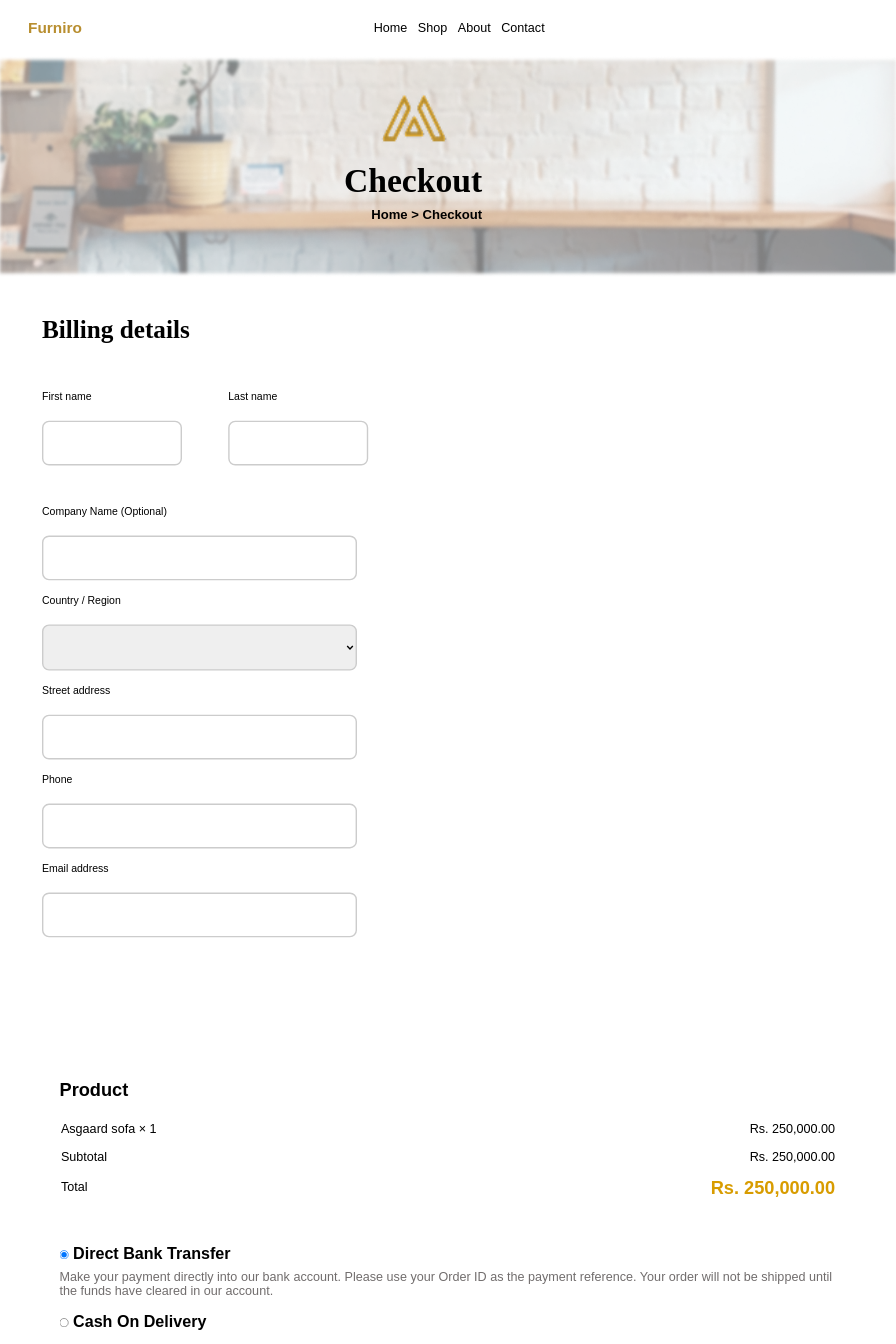
Repository: Ali1Kh/Furniro-ITI
Page: pages/checkout.html
An editor plug-in stored every save of this project. The page is shown before and after the next save, followed by the edit.
The browser window is 1280 px wide. The pictures show the part of the page from y = 0 to 1920 px (the page is 2752 px tall before and 2660 px after), at 70% of full size.

Above is the page before, as saved 2025-07-19 20:51:53.

### pages/checkout.html
<!DOCTYPE html>
<html lang="en">

<head>
  <meta charset="UTF-8">
  <meta name="viewport" content="width=device-width, initial-scale=1.0">
  <title>CheckOut</title>
  <link rel="shortcut icon" href="../assets/icons/Logo.png" type="image/x-icon">
  <link rel="stylesheet" href="../styles/index.css">
  <link rel="stylesheet" href="../styles/checkout.css">
</head>

<body>

  <nav>
    <!-- Navigation -->
    <div class="navBar">
      <div class="text">
        <p>Furniro</p>
      </div>

      <div class="menu-icon" onclick="toggleSidebar()">☰</div>

      <div class="navBarLinks">
        <ul>
          <li><a href="/pages/home.html">Home</a></li>
          <li><a href="/pages/shop.html">Shop</a></li>
          <li><a href="/">About</a></li>
          <li><a href="/pages/contact.html">Contact</a></li>
        </ul>
      </div>

     <div class="navBarIcons">
        <a href="/pages/Compare.html"><i class="fa-solid fa-user"></i></a>
        <a href="/pages/shop.html"><i class="fa-solid fa-magnifying-glass"></i></a>
        <a href="/"><i class="fa-solid fa-heart"></i></a>
        <a href="/pages/checkout.html"><i class="fa-solid fa-cart-plus"></i></a>
      </div>
    </div>


    <!-- Sidebar for mobile -->
    <div class="sidebar" id="sidebar">
      <a href="" onclick="toggleSidebar()">✖</a>
      <a href="">Home</a>
      <a href="/pages/shop.html">Shop</a>
      <a href="/">About</a>
      <a href="/pages/contact.html">Contact</a>
    </div>
  </nav>

  <main class="checkout">
    <div id="home">
      <div class="img-conteaner">
        <img src="../assets/img/Rectangle 1.png" alt="">

        <div class="text-conteaner">
          <img src="../assets/icons/Logo.png" alt="" style="width: 100px;height: 77px;margin-top: -80px; left: 1px; ">
          <h2 style="font-size: 48px; font-family: Poppins; top: 20px;">Checkout</h2>
          <h3 style="top: 30px;left: -11px; "><span style="width: 48;height: 24;top: 295px;left: 660px; ">Home ></span>
            Checkout</h3>
        </div>
      </div>
    </div>

    <div id="content">
      <div class="form">
        <h1 style="font-family: Poppins;font-weight: 600;font-style: SemiBold;font-size: 36px;">Billing details</h1>
        <br><br>
        <form>
          <div class="input" style="width: 200px;">
            <label>First name</label><br>
            <input type="text" name="firatname" id="firatname">
          </div>

          <div class="input" style="width: 200px; position: relative;bottom: 127px;left: 266px;">
            <label>Last name</label><br>
            <input type="text" name="lastname" id="lastname">
          </div>

          <div class="input" style="position: relative; bottom: 90px; width: 450px;">
            <label>Company Name (Optional)</label><br>
            <input type="text" name="Companyname(Optional)" id="Companyname(Optional)">
          </div>

          <div class="input" style="position: relative; bottom: 90px; width: 450px;">
            <label>Country / Region</label><br>
            <select>
              <option></option>
              <option>UK</option>
              <option>Argantina</option>
              <option>Brasil</option>
              <option>Egypt</option>
              <option>USA</option>
            </select>
          </div>

          <div class="input" style="position: relative; bottom: 90px; width: 450px;">
            <label>Street address</label><br>
            <input type="text" name="Streetaddress" id="Streetaddress">
          </div>

          <div class="input" style="position: relative; bottom: 90px; width: 450px;">
            <label>Phone</label><br>
            <input type="number" name="Phone" id="Phone">
          </div>

          <div class="input" style="position: relative; bottom: 90px; width: 450px;">
            <label>Email address</label><br>
            <input type="email" name="Emailaddress" id="Emailaddress">
          </div><br><br>

        </form>
      </div>
      <div class="table">
        <div class="order-summary">
          <h2>Product</h2>
          <table>
            <tr>
              <td>Asgaard sofa × 1</td>
              <td style="text-align: right;">Rs. 250,000.00</td>
            </tr>
            <tr>
              <td>Subtotal</td>
              <td style="text-align: right;">Rs. 250,000.00</td>
            </tr>
            <tr>
              <td>Total</td>
              <td style="text-align: right;" class="total">Rs. 250,000.00</td>
            </tr>
          </table><br><br>

          <div class="payment-methods">
            <label><input type="radio" name="payment" checked> Direct Bank Transfer</label>
            <p>
              Make your payment directly into our bank account. Please use your Order ID as the payment reference. Your
              order will not be shipped until the funds have cleared in our account.
            </p>

            <label><input type="radio" name="payment"> Cash On Delivery</label>
          </div>

          <div class="privacy">
            Your personal data will be used to support your experience throughout this website, to manage access to your
            account, and for other purposes described in our <a href="#">privacy policy</a>.
          </div>

          <button class="btn">Place order</button>
        </div>
      </div>
    </div>

    <div id="quality">
      <div class="1"
        style="display: flex; gap: 1.5rem; padding-top: 80px; padding-bottom: 80px;width: 25%;padding-left: 50px;">
        <div class="l"><img src="../assets/icons/Group copy.png" alt=""></div>
        <div class="r">
          <h2>High Quality</h2>
          <p>crafted from top materials</p>
        </div>

      </div>
      <div class="2" style="display: flex; gap: 1.5rem; padding-top: 80px; padding-bottom: 80px;width: 25%;">
        <div class="l"><img src="../assets/icons/Group (2).png" alt=""></div>
        <div class="r">
          <h2>Warranty Protection</h2>
          <p>Over 2 years</p>
        </div>

      </div>
      <div class="3" style="display: flex; gap: 1.5rem; padding-top: 80px; padding-bottom: 80px;width: 25%;">
        <div class="l"><img src="../assets/icons/Vector (2).png" alt=""></div>
        <div class="r">
          <h2>Free Shipping</h2>
          <p>Order over 150 $</p>
        </div>

      </div>
      <div class="4" style="display: flex; gap: 1.5rem; padding-top: 80px; padding-bottom: 80px;width: 25%;">
        <div class="l"><img src="../assets/icons/customer-support.png" alt=""></div>
        <div class="r">
          <h2>24 / 7 Support</h2>
          <p>Dedicated support</p>
        </div>

      </div>

    </div>
  </main>

  <footer class="footer">
    <div class="footer-container">
      <div class="footer-sec">
        <h2 class="logo">Funiro.</h2>
        <p style="padding-top: 20px;">400 University Drive Suite 200 Coral Gables,<br>FL 33134 USA</p>
      </div>

      <div class="footer-sec">
        <h4>Links</h4>
        <ul>
          <li><a href="#">Home</a></li>
          <li><a href="#">Shop</a></li>
          <li><a href="#">About</a></li>
          <li><a href="#">Contact</a></li>
        </ul>
      </div>

      <div class="footer-sec">
        <h4>Help</h4>
        <ul>
          <li><a href="#">Payment Options</a></li>
          <li><a href="#">Returns</a></li>
          <li><a href="#">Privacy Policies</a></li>
        </ul>
      </div>

      <div class="footer-sec new">
        <h4>Newsletter</h4>
        <div class="subscribe">
          <input type="email" placeholder="Enter Your Email Address">
          <button>SUBSCRIBE</button>
        </div>
      </div>
    </div>

    <div class="footer-bottom">
      <p>2023 furniro. All rights reserved</p>
    </div>
  </footer>

  <script src="../scripts/index.js"></script>

</body>

</html>

### styles/index.css
:root {
  --mainColor: #feeed8;
}

* {
  margin: 0;
  padding: 0;
  box-sizing: border-box;
}

body {
  font-family: "Poppins", sans-serif;
}

.navBar img {
  display: inline;
}

.navBar {
  width: 100%;
  height: 80px;
  display: flex;
  justify-content: space-between;
  align-items: center;
  padding: 0 50px;
  background-color: #fff;
  z-index: 1000;
  position: sticky;
  top: 0;
}

.navBarLinks ul {
  list-style: none;
  display: flex;
  gap: 60px;
}

.navBarLinks a {
  text-decoration: none;
  font-size: 18px;
  color: black;
}

.navBarIcons {
  display: flex;
  gap: 30px;
}

.text p {
  font-weight: bold;
  font-size: 22px;
  color: #b88e2f;
}

/* Sidebar for mobile */
.sidebar {
  height: 100%;
  width: 0;
  position: fixed;
  background-color: #8d8d8d;
  overflow-x: hidden;
  transition: 0.3s;
  padding-top: 60px;
  z-index: 999;
}
.sidebar a {
  padding: 12px 20px;
  text-decoration: none;
  font-size: 20px;
  color: white;
  display: block;
}
.sidebar a:hover {
  background-color: #444;
}

.menu-icon {
  font-size: 28px;
  cursor: pointer;
  display: none;
  padding: 15px;
}

/* Quality */

#quality {
  display: flex;
  background-color: rgba(250, 243, 234, 1);
  width: 100%;
}

/* Page Header */

#pageHeader .imge {
  position: relative;
  width: 100%;
  height: auto;
}

#pageHeader .imge img {
  width: 100%;
  height: auto;
  display: block;
}

#pageHeader .adresIn {
  position: absolute;
  top: 50%;
  left: 50%;
  transform: translate(-50%, -50%);
  color: black;
  text-align: center;
}

#pageHeader .mainP1 {
  font-size: 48px;
}
#pageHeader .scoundP1 {
  font-size: 16px;
}

.footerBox {
  height: 400px;
  width: 100%;
}
.with-line::before,
.with-line::after {
  content: "";
  display: block;
  height: 1px;
  background-color: #c6c6c6;
  margin: 20px auto;
  width: 100%;
}

.with-line::after {
  width: 82%;
}

.infoterbox {
  margin-left: 100px;
  margin-right: 100px;
  display: grid;
  grid-template-columns: 1fr 1fr 1fr 1.5fr;
  gap: 20px;
  padding: 30px;
  color: white;

  height: 100%;
}

.mainFooterBar {
  font-weight: bold;
  font-size: 24px;
  color: #000;
}
.scoundFooterBar {
  font-size: 16px;
  font-weight: 300;
  color: #9f9f9f;
  position: relative;
  top: 40px;
}

.prgraphF {
  position: relative;
  top: 54px;
}

.infoterboxLM a,
.infoterboxRM a {
  display: block;
  margin-top: 55px;
  text-decoration: none;
  color: #000;
  width: 70%;
}

.infoterboxLM p,
.infoterboxRM p,
.prgraphFF p {
  font-size: 16px;
  font-weight: 300;
  color: #9f9f9f;
}

.SUBSCRIBE {
  position: relative;
  top: 53px;
}

.SUBSCRIBE button {
  font-size: 14px;
  font-weight: bold;
  width: 85px;
  height: 21px;
  border: none;
  border-bottom: 1px solid black;
  margin-left: 15px;
  background-color: white;

  cursor: pointer;
}

.SUBSCRIBE input {
  font-size: 14px;
  width: 200px;
  height: 21px;
  color: #9f9f9f;
  border: none;
  border-bottom: 1px solid black;
}

.SUBSCRIBE input:focus {
  outline: none;
}

@media (max-width: 768px) {
  .navBarLinks {
    display: none;
  }
  .menu-icon {
    display: block;
  }
  .navBarIcons {
    display: none;
  }
}

@media (max-width: 767px) {
  .navBarIcons {
    display: none;
  }
}

### styles/checkout.css
* {
  margin: 0;
  padding: 0;
}
.checkout ul {
  list-style: none;
}

.checkout a {
  text-decoration: none;
}

/* start header */

#header {
  background-color: rgb(250, 245, 240);
  border: 1px solid #ccc;
  width: 100%;
  height: 90px;
}
#header .navbar {
  display: flex;
  justify-content: space-between;
  align-items: center;
}
#header .navbar .logo {
  display: flex;
  width: 185;
  height: 41;
  opacity: 1;
  top: 29px;
  left: 54px;
  gap: 5px;
}
#header .navbar img {
  width: 185;
  height: 41px;
  top: 29px;
  left: 54px;
  gap: 5px;
}

/* #header .navbar .imgs{
    width: 300px;
    display: flex;
    position: relative;
    bottom: 10px;
} */

#header .navbar ul {
  display: flex;
}
#header .navbar ul li a {
  position: relative;
  color: black;
  font-size: 25px;
  margin: 0 20px;
  font-weight: bold;
  transition: 0.3s ease;
  bottom: 15px;
}
#header .navbar ul li a:hover {
  color: bisque;
}

/* finish header */

.img-conteaner {
  position: relative;
  width: 100%;
}

.img-conteaner img {
  width: 100%;
  height: 316px;
  top: 100px;
}

.text-conteaner {
  position: absolute;
  top: 50%;
  left: 50%;
  transform: translate(-50%, -50%);
}
.text-conteaner h3 {
  position: relative;
  bottom: 90px;
  left: 40px;
}
.text-conteaner h2 {
  position: relative;
  bottom: 90px;
  left: -50px;
}

/* #content {
  display: flex;
  justify-content: space-between;
  gap: 8rem;
  max-width: 1240px;
  margin: auto;
  padding-top: 100px;
}

.form {
  width: 50%;
} */







#content {
  display: flex;
  justify-content: space-between;
  flex-wrap: wrap; /* مهم جدا */
  gap: 2rem;
  max-width: 1200px;
  margin: auto;
  padding: 50px 20px;
}

.form, .table {
  flex: 1 1 100%; /* هتكون عمودين فوق بعض مبدئياً */
}


.form h1 {
  font-size: 36px;
  font-weight: 600;
  margin-bottom: 30px;
}

form label {
  font-weight: 500;
  margin-bottom: 8px;
  display: block;
  font-size: 15px;
}

form input,
form select {
  width: 100%;
  padding: 22px;
  border: 2px solid #ccc;
  border-radius: 10px;
  font-size: 14px;
}

.input {
  margin-bottom: 20px;
}

.table {
  width: 48%;
}

.order-summary {
  padding: 25px;
}

.order-summary h2 {
  font-size: 26px;
  margin-bottom: 20px;
}

.order-summary table {
  width: 100%;
  margin-bottom: 20px;
}

.order-summary table td {
  padding: 8px 0;
  font-size: 18px;
}

.order-summary .total {
  font-weight: bold;
  color: #d89c00;
  font-size: 26px;
}

.payment-methods label {
  display: block;
  margin-bottom: 10px;
  font-weight: bold;
  font-size: 23px;
}

.payment-methods p {
  font-size: 18px;
  color: #716d6d;
  margin: 10px 0 20px;
  line-height: 1.1;
}

.privacy {
  font-size: 18px;
  color: #555;
  margin: 20px 0;
  line-height: 1.1;
}

.privacy a {
  text-decoration: underline;
  color: black;
}

.btn {
  padding: 15px 100px;
  background: #fff;
  border: 2px solid black;
  border-radius: 12px;
  font-size: 16px;
  transition: 0.3s ease;
  margin-left: 100px;
  margin-top: 10px;
  box-shadow: 1px 1px 1px black;
}

.btn:hover {
  background-color: #babd8e;
}

.footer {
  background-color: #fff;
  padding: 40px 60px 20px;
  border-top: 1px solid #e0e0e0;
  color: #333;
}

.footer-container {
  display: flex;
}

.footer-sec {
  flex: 1 1 200px;
  margin: 20px 0;
}

.footer-sec h2.logo {
  font-size: 22px;
  font-weight: 700;
  margin-bottom: 15px;
}

.footer-sec h4 {
  font-size: 14px;
  font-weight: 500;
  color: #999;
  margin-bottom: 10px;
}

.footer-sec ul {
  list-style: none;
  padding: 0;
  margin: 0;
}

.footer-sec ul li {
  margin-bottom: 10px;
  padding: 15px;
}

.footer-sec ul li a {
  text-decoration: none;
  color: #000;
  font-size: 14px;
}

.footer-sec p {
  color: #999;
  font-size: 14px;
}

.new .subscribe {
  display: flex;
  gap: 10px;
  margin-top: 10px;
}

.new input {
  padding: 6px 10px;
  font-size: 14px;
  border: none;
  border-bottom: 1px solid #999;
  outline: none;
}

.new button {
  background: none;
  border: none;
  border-bottom: 1px solid #000;
  color: #000;
  font-size: 13px;
  font-weight: 500;
}

.footer-bottom {
  border-top: 1px solid #e0e0e0;
  padding: 5px;
  margin-top: 20px;
  padding-top: 10px;
  text-align: left;
  font-size: 13px;
  color: #000;
}


.navBar {
  display: flex;
  justify-content: space-between;
  align-items: center;
  padding: 20px 40px;
  flex-wrap: wrap;
}

.navBar .menu-icon {
  display: none;
  font-size: 28px;
  cursor: pointer;
}

.navBarLinks ul,
.navBarIcons {
  display: flex;
  gap: 15px;
}

.sidebar {
  display: none;
  position: fixed;
  top: 0;
  right: 0;
  background-color: white;
  width: 250px;
  height: 100%;
  padding: 20px;
  z-index: 999;
  flex-direction: column;
  box-shadow: -2px 0 10px rgba(0,0,0,0.1);
}

.sidebar a {
  display: block;
  padding: 15px;
  font-size: 18px;
  color: #333;
  text-decoration: none;
}

@media (max-width: 768px) {
  .navBarLinks,
  .navBarIcons {
    display: none;
  }

  .menu-icon {
    display: block;
  }

  .sidebar {
    display: flex;
  }
}

### scripts/index.js
function toggleSidebar() {
  const sidebar = document.getElementById("sidebar");
  if (sidebar.style.width === "250px") {
    sidebar.style.width = "0";
  } else {
    sidebar.style.width = "250px";
  }
}

function toggleSidebar() {
  const sidebar = document.getElementById("sidebar");
  if (sidebar.style.display === "flex") {
    sidebar.style.display = "none";
  } else {
    sidebar.style.display = "flex";
  }
}

After the next save:
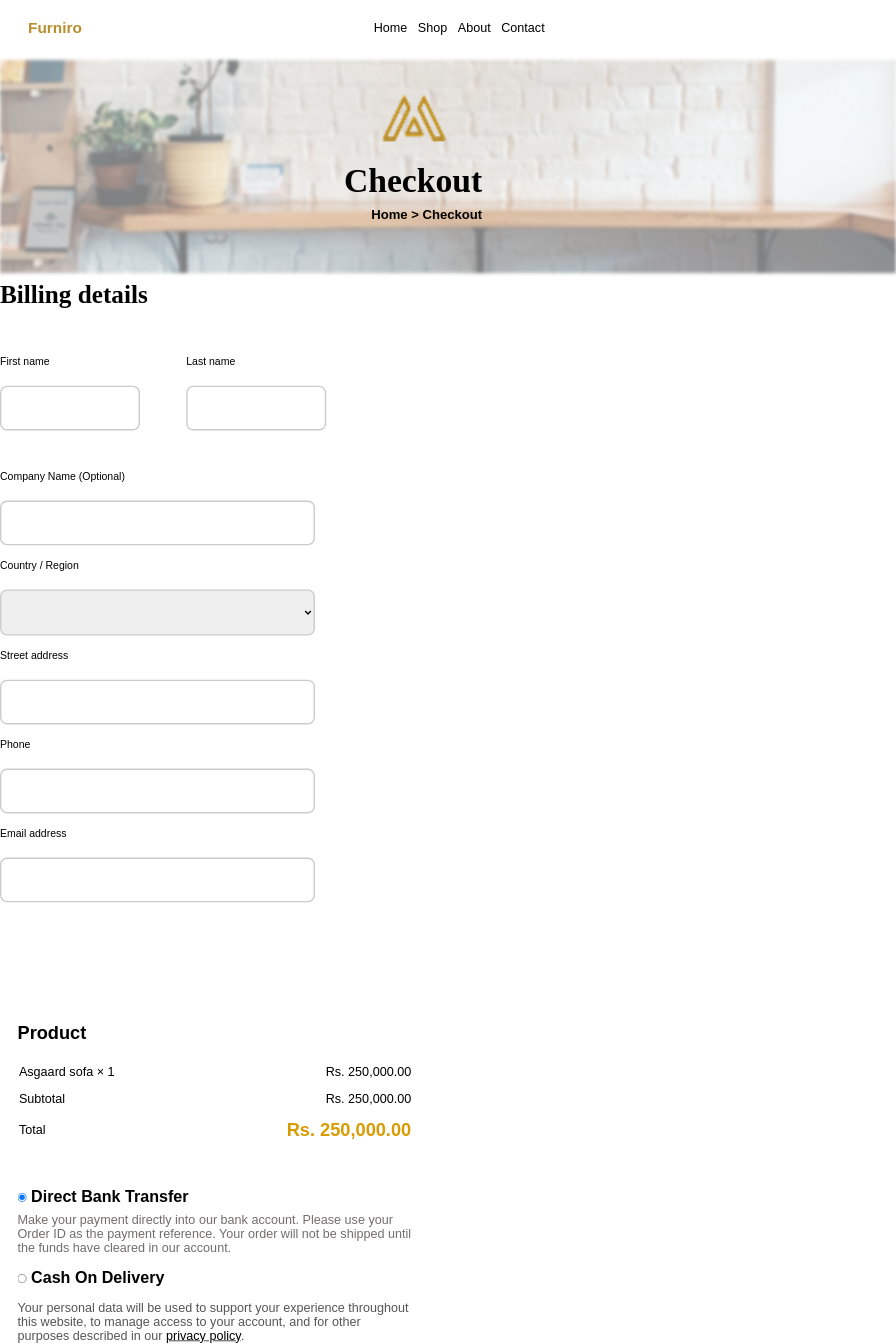
Saved 15 s later.
--- a/styles/checkout.css
+++ b/styles/checkout.css
@@ -112,19 +112,6 @@
 
 
 
-#content {
-  display: flex;
-  justify-content: space-between;
-  flex-wrap: wrap; /* مهم جدا */
-  gap: 2rem;
-  max-width: 1200px;
-  margin: auto;
-  padding: 50px 20px;
-}
-
-.form, .table {
-  flex: 1 1 100%; /* هتكون عمودين فوق بعض مبدئياً */
-}
 
 
 .form h1 {
